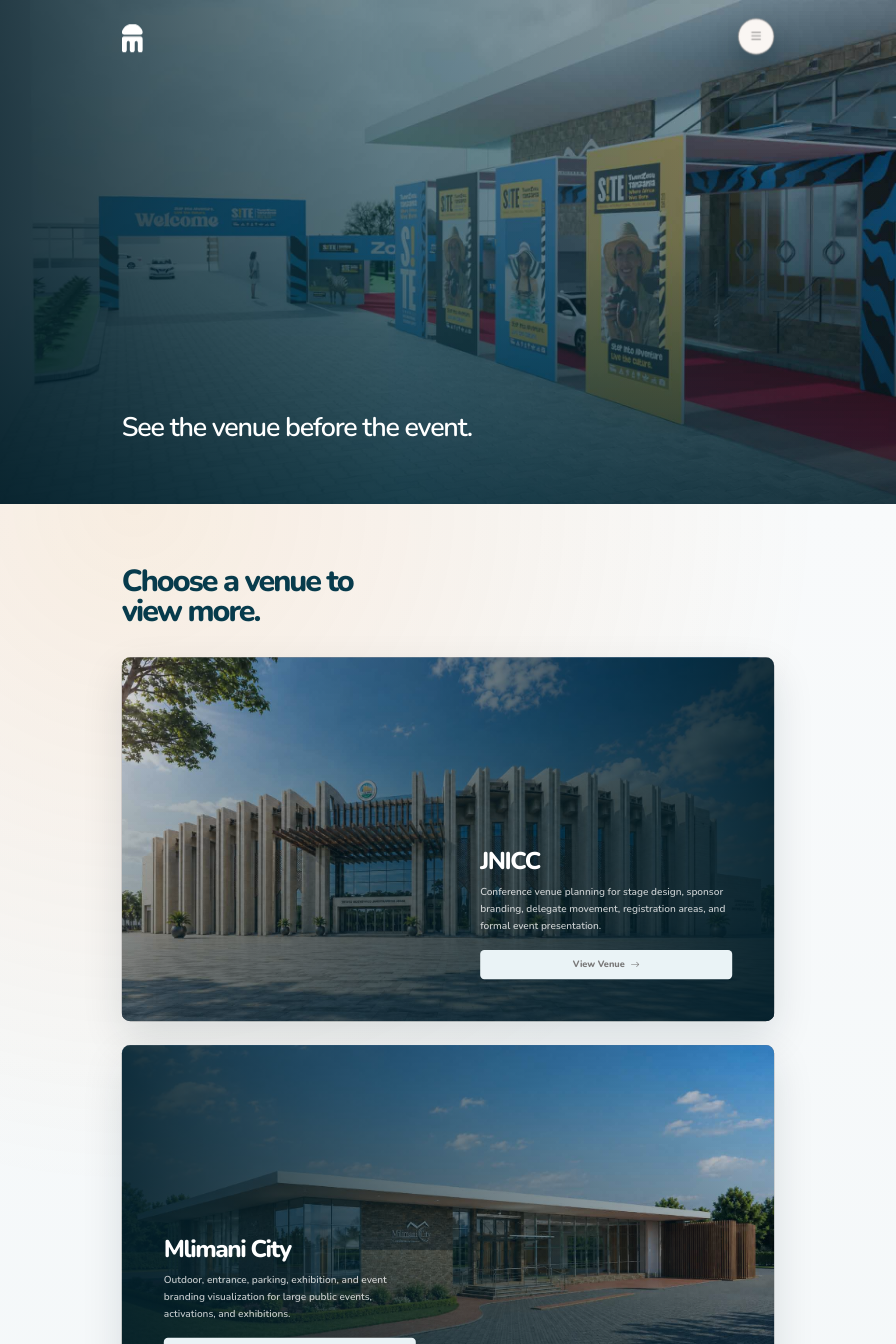
Repository: abdulprism/mustapha
Page: http://localhost/routes/venues.php
The author's editor kept a copy of each file at every save. The page is drawn from the files as they stood at one save, then again after the next save.
The browser window is 1280 px wide. The pictures show the part of the page from y = 0 to 1920 px (the page is 5174 px tall), at 70% of full size.
The page is run by PHP 8.4 with error messages shown; the project is at /var/www/html/.

Above is the page before, as saved 2026-05-26 21:23:33.

### routes/venues.php
<!DOCTYPE html>
<html lang="en">
<head>
  <meta charset="UTF-8" />
  <meta name="viewport" content="width=device-width, initial-scale=1.0" />

  <title>Venues — mustapha.</title>
  <meta name="description" content="3D venue models and event venue visualization in Tanzania by Abdul Mustapha Hemedi." />

  <link rel="preconnect" href="https://fonts.googleapis.com">
  <link rel="preconnect" href="https://fonts.gstatic.com" crossorigin>
  <link href="https://fonts.googleapis.com/css2?family=Manrope:wght@500;600;700;800&display=swap" rel="stylesheet">
  <link rel="stylesheet" href="https://cdn.jsdelivr.net/npm/bootstrap-icons@1.11.1/font/bootstrap-icons.css">
  <link rel="stylesheet" href="./public/css/font.css">
  <link rel="stylesheet" href="../public/css/root.css">
  <link rel="stylesheet" href="../public/css/venue.css">
  <link rel="stylesheet" href="../public/css/header.css">
</head>

<body>

   <!-- Header -->
  <header class="header" id="siteHeader">
    <div class="wide-container">
      <nav class="nav">

        <a href="../index.html" class="logo">
          <img src="../public/icons/logo-white.svg" alt="">
        </a>

        <div class="menu-area">

          <div class="nav-panel" id="navPanel">
            <a href="index.php" class="active">Home</a>
            <a href="work.php">Work</a>
            <a href="#competence">Skills</a>
            <a href="./routes/venues.php">Venues</a>
            <a href="#contact">Contact</a>
          </div>

          <button class="menu-toggle" id="menuToggle" aria-label="Open menu" aria-expanded="false">
            <i class="bi bi-list icon-menu"></i>
            <i class="bi bi-x-lg icon-close"></i>
          </button>

        </div>
      </nav>
    </div>
  </header>

  <!-- Hero -->
  <section class="hero" data-header-theme="dark">

    <div class="hero-media">
      <img src="../public/img/profile/mlimani00.jpg" alt="3D venue model in Tanzania">
    </div>

    <div class="container hero-content-wrap">
      <div class="hero-content">
        <h1>See the venue before the event.</h1>

      </div>
    </div>

  </section>

  <!-- Venue Cards -->
  <section class="venue-list" id="venue-list" data-header-theme="light">
    <div class="container">

      <div class="venue-intro">
        <div>
          <h2>Choose a venue to view more.</h2>
        </div>
      </div>

      <div class="venue-stack">

        <article class="venue-card image-right">

          <img src="../public/img/profile/jnicc0.jpg" alt="JNICC venue model">

          <div class="venue-content">

            <h3>JNICC</h3>
            <p>
              Conference venue planning for stage design, sponsor branding, delegate movement,
              registration areas, and formal event presentation.
            </p>

            <a href="./venues/jnicc.php" class="btn">
              View Venue <i class="bi bi-arrow-right"></i>
            </a>

          </div>
        </article>

        <article class="venue-card">
          <img src="../public/img/profile/mlimani02.jpg" alt="Mlimani City venue model">

          <div class="venue-content">

            <h3>Mlimani City</h3>
            <p>
              Outdoor, entrance, parking, exhibition, and event branding visualization for large public events,
              activations, and exhibitions.
            </p>

            <a href="venue-mlimani-city.html" class="btn">
              View Venue <i class="bi bi-arrow-right"></i>
            </a>

          </div>
        </article>

        <article class="venue-card image-right">
          <img src="./public/img/profile/venue-serena-01.png" alt="Serena Hotel venue model">

          <div class="venue-content">
            <h3>Serena Hotel</h3>
            <p>
              Premium indoor event visualization for conference setup, stage backdrop, banquet seating,
              VIP arrangement, and sponsor visibility.
            </p>

            <a href="venue-serena-hotel.html" class="btn">
              View Venue <i class="bi bi-arrow-right"></i>
            </a>
          </div>
        </article>

        <article class="venue-card">
          <img src="./public/img/profile/venue-sabasaba-01.png" alt="SabaSaba exhibition venue model">

          <div class="venue-content">
            <h3>Johari Rotana Hotel</h3>
            <p>
              Exhibition booth and brand activation planning for trade fair setups,
              public interaction spaces, product corners, and institutional booths.
            </p>

            <a href="venue-sabasaba.html" class="btn">
              View Venue <i class="bi bi-arrow-right"></i>
            </a>
          </div>
        </article>

        <article class="venue-card">
          <img src="./public/img/profile/venue-hotelhall-01.png" alt="Hotel hall venue model">

          <div class="venue-content">

            <h3>MOUNT MERU HOTEL</h3>
            <p>
              Flexible indoor venue visualization for workshops, summits, launches,
              panel sessions, registration points, and sponsor zones.
            </p>
            <a href="venue-hotel-halls.html" class="btn">
              View Venue <i class="bi bi-arrow-right"></i>
            </a>
          </div>
        </article>

        <article class="venue-card image-right">
          <img src="./public/img/profile/venue-custom-01.png" alt="Custom venue model">

          <div class="venue-content">
            <small>Custom / Any location</small>
            <h3>Custom Venue Model</h3>
            <p>
              Send venue images, videos, or layout details and get a visual planning model
              for your specific event space.
            </p>

            <div class="venue-tags">
              <span>Custom model</span>
              <span>From photos</span>
              <span>Event planning</span>
              <span>3D preview</span>
            </div>

            <a href="#contact" class="btn">
              Request Model <i class="bi bi-arrow-right"></i>
            </a>
          </div>
        </article>

      </div>

    </div>
  </section>

  <!-- CTA -->
  <section class="cta" data-header-theme="light">
    <div class="cta-box">
      <div>
        <h2>Need a venue preview?</h2>
        <p>
          Send venue photos or layout. I can create a 3D visual preview for planning,
          branding, production, and client presentation.
        </p>
      </div>

      <a href="#contact" class="btn">
        Start Discussion
      </a>
    </div>
  </section>

  <!-- Footer -->
  <section class="footer-section" id="contact" data-header-theme="dark">
    <div class="container">
      <div class="footer-grid">
        <div>
          <h2>Venue planning made visible.</h2>
          <p>
            3D venue models for exhibitions, events, conferences, summits, brand activations,
            and production planning across Tanzania.
          </p>
        </div>

        <div class="footer-links">
          <a href="mailto:hello@mustapha.co.tz">
            Email
            <i class="bi bi-arrow-up-right"></i>
          </a>

          <a href="https://wa.me/255712257370" target="_blank">
            WhatsApp
            <i class="bi bi-arrow-up-right"></i>
          </a>

          <a href="index.html">
            Back to Home
            <i class="bi bi-arrow-up-right"></i>
          </a>
        </div>
      </div>

      <p class="copyright">
        © <span id="year"></span> Abdul Mustapha Hemedi. All rights reserved.
      </p>
    </div>
  </section>

  <script>
    const siteHeader = document.getElementById("siteHeader");
    const menuToggle = document.getElementById("menuToggle");
    const navLinks = document.querySelectorAll(".nav-panel a");

    menuToggle.addEventListener("click", () => {
      const isOpen = siteHeader.classList.toggle("menu-open");
      menuToggle.setAttribute("aria-expanded", isOpen ? "true" : "false");
      menuToggle.setAttribute("aria-label", isOpen ? "Close menu" : "Open menu");
    });

    navLinks.forEach(link => {
      link.addEventListener("click", () => {
        siteHeader.classList.remove("menu-open");
        menuToggle.setAttribute("aria-expanded", "false");
        menuToggle.setAttribute("aria-label", "Open menu");
      });
    });

    document.addEventListener("click", (event) => {
      if (!siteHeader.contains(event.target)) {
        siteHeader.classList.remove("menu-open");
        menuToggle.setAttribute("aria-expanded", "false");
        menuToggle.setAttribute("aria-label", "Open menu");
      }
    });

    document.addEventListener("keydown", (event) => {
      if (event.key === "Escape") {
        siteHeader.classList.remove("menu-open");
        menuToggle.setAttribute("aria-expanded", "false");
        menuToggle.setAttribute("aria-label", "Open menu");
      }
    });

    const themeSections = document.querySelectorAll("[data-header-theme]");

    function updateHeaderTheme() {
      const checkPoint = 42;

      themeSections.forEach(section => {
        const rect = section.getBoundingClientRect();

        if (rect.top <= checkPoint && rect.bottom >= checkPoint) {
          const theme = section.dataset.headerTheme;

          if (theme === "light") {
            siteHeader.classList.add("on-light");
          } else {
            siteHeader.classList.remove("on-light");
          }
        }
      });
    }

    window.addEventListener("scroll", updateHeaderTheme);
    window.addEventListener("resize", updateHeaderTheme);
    updateHeaderTheme();

    document.getElementById("year").textContent = new Date().getFullYear();
  </script>

</body>
</html>

### public/css/font.css
/* Nunito Font Family */

@font-face {
  font-family: "Nunito";
  src: url("../fonts/Nunito/static/Nunito-ExtraLight.ttf") format("truetype");
  font-weight: 200;
  font-style: normal;
  font-display: swap;
}

@font-face {
  font-family: "Nunito";
  src: url("../fonts/Nunito/static/Nunito-ExtraLightItalic.ttf") format("truetype");
  font-weight: 200;
  font-style: italic;
  font-display: swap;
}

@font-face {
  font-family: "Nunito";
  src: url("../fonts/Nunito/static/Nunito-Light.ttf") format("truetype");
  font-weight: 300;
  font-style: normal;
  font-display: swap;
}

@font-face {
  font-family: "Nunito";
  src: url("../fonts/Nunito/static/Nunito-LightItalic.ttf") format("truetype");
  font-weight: 300;
  font-style: italic;
  font-display: swap;
}

@font-face {
  font-family: "Nunito";
  src: url("../fonts/Nunito/static/Nunito-Regular.ttf") format("truetype");
  font-weight: 400;
  font-style: normal;
  font-display: swap;
}

@font-face {
  font-family: "Nunito";
  src: url("../fonts/Nunito/static/Nunito-Italic.ttf") format("truetype");
  font-weight: 400;
  font-style: italic;
  font-display: swap;
}

@font-face {
  font-family: "Nunito";
  src: url("../fonts/Nunito/static/Nunito-Medium.ttf") format("truetype");
  font-weight: 500;
  font-style: normal;
  font-display: swap;
}

@font-face {
  font-family: "Nunito";
  src: url("../fonts/Nunito/static/Nunito-MediumItalic.ttf") format("truetype");
  font-weight: 500;
  font-style: italic;
  font-display: swap;
}

@font-face {
  font-family: "Nunito";
  src: url("../fonts/Nunito/static/Nunito-SemiBold.ttf") format("truetype");
  font-weight: 600;
  font-style: normal;
  font-display: swap;
}

@font-face {
  font-family: "Nunito";
  src: url("../fonts/Nunito/static/Nunito-SemiBoldItalic.ttf") format("truetype");
  font-weight: 600;
  font-style: italic;
  font-display: swap;
}

@font-face {
  font-family: "Nunito";
  src: url("../fonts/Nunito/static/Nunito-Bold.ttf") format("truetype");
  font-weight: 700;
  font-style: normal;
  font-display: swap;
}

@font-face {
  font-family: "Nunito";
  src: url("../fonts/Nunito/static/Nunito-BoldItalic.ttf") format("truetype");
  font-weight: 700;
  font-style: italic;
  font-display: swap;
}

@font-face {
  font-family: "Nunito";
  src: url("../fonts/Nunito/static/Nunito-ExtraBold.ttf") format("truetype");
  font-weight: 800;
  font-style: normal;
  font-display: swap;
}

@font-face {
  font-family: "Nunito";
  src: url("../fonts/Nunito/static/Nunito-ExtraBoldItalic.ttf") format("truetype");
  font-weight: 800;
  font-style: italic;
  font-display: swap;
}

@font-face {
  font-family: "Nunito";
  src: url("../fonts/Nunito/static/Nunito-Black.ttf") format("truetype");
  font-weight: 900;
  font-style: normal;
  font-display: swap;
}

@font-face {
  font-family: "Nunito";
  src: url("../fonts/Nunito/static/Nunito-BlackItalic.ttf") format("truetype");
  font-weight: 900;
  font-style: italic;
  font-display: swap;
}

### public/css/root.css

    :root {
      --brand: #073B4C;
      --brand-dark: #797878;
      --brand-hover: #0A4F66;
      --brand-soft: #EAF3F6;

      --accent: #FD7316;
      --accent-hover: #FF9F3F;
      --accent-soft: #FFF0E3;

      --page: #F5F7F8;
      --white: #FFFFFF;
      --text: #101820;
      --muted: #DAC9BA;
      --line: #DDE7EA;

      --max: 980px;
      --wide: 1360px;
      --radius: 8px;
      --ease: cubic-bezier(.2, .8, .2, 1);
    }

    body {
        background: var(--page);
        color: var(--text);
        overflow-x: hidden;
        -webkit-font-smoothing: antialiased;
        text-rendering: geometricPrecision;
        font-family: "Nunito";
    }

### public/css/header.css
    /* HEADER */

    .header {
      position: fixed;
      top: 26px;
      left: 0;
      width: 100%;
      z-index: 100;
      pointer-events: none;
    }

    .nav {
      display: flex;
      align-items: center;
      justify-content: space-between;
      pointer-events: none;
      padding: 0 24px;
    }

    .logo {
      color: #fff;
      font-size: 1.05rem;
      font-weight: 800;
      letter-spacing: -0.04em;
      text-shadow: 0 8px 24px rgba(0,0,0,.35);
      pointer-events: auto;
      position: relative;
      z-index: 3;
      transition: color .25s var(--ease), text-shadow .25s var(--ease);
      width: 30px;
    }

    .logo span {
      color: var(--accent);
    }

    .header.on-light .logo {
      color: var(--brand);
      text-shadow: none;
    }

    .menu-area {
      position: relative;
      pointer-events: auto;
    }

    .menu-toggle {
      width: 52px;
      height: 52px;
      border-radius: 50%;
      border: 1px solid #797878;
      background: #FAF6F3;
      backdrop-filter: blur(16px);
      color: #797878;
      display: inline-flex;
      align-items: center;
      justify-content: center;
      font-size: 1.25rem;
      cursor: pointer;
      box-shadow: 0 18px 40px rgba(3,31,42,.34);
      transition: background .25s var(--ease), color .25s var(--ease), transform .25s var(--ease);
      position: relative;
      z-index: 5;
    }

    .menu-toggle:hover {
      background: var(--brand-dark);
      color: var(--brand-soft);
      transform: translateY(-1px);
    }

    .menu-toggle i {
      position: absolute;
      transition: opacity .22s var(--ease), transform .22s var(--ease);
    }

    .menu-toggle .icon-close {
      opacity: 0;
      transform: rotate(-90deg) scale(.5);
    }

    .header.menu-open .menu-toggle .icon-menu {
      opacity: 0;
      transform: rotate(90deg) scale(.5);
    }

    .header.menu-open .menu-toggle .icon-close {
      opacity: 1;
      transform: rotate(0) scale(1);
    }

    .nav-panel {
      position: absolute;
      right: 64px;
      top: 50%;
      transform: translateY(-50%) translateX(34px) scaleX(.08);
      transform-origin: right center;
      opacity: 0;
      pointer-events: none;
      display: flex;
      align-items: center;
      overflow: hidden;
      border-radius: 999px;
      backdrop-filter: blur(18px);
      box-shadow: 0 18px 45px rgba(3,31,42,.2);
      transition: opacity .22s var(--ease), transform .38s var(--ease);
    }

    .header.menu-open .nav-panel {
      opacity: 1;
      pointer-events: auto;
      transform: translateY(-50%) translateX(0) scaleX(1);
    }

    .nav-panel a {
      min-width: 102px;
      height: 50px;
      padding: 0 20px;
      display: inline-flex;
      align-items: center;
      justify-content: center;
      color: #59656b;
      font-size: .84rem;
      font-weight: 700;
      border-right: 1px solid rgba(3,31,42,.08);
      background-color: var(--brand-soft);
      opacity: 0;
      transform: translateX(12px);
      transition:
        background .2s var(--ease),
        color .2s var(--ease),
        opacity .25s var(--ease),
        transform .25s var(--ease);
    }

    .nav-panel a:last-child {
      border-right: none;
    }

    .header.menu-open .nav-panel a {
      opacity: 1;
      transform: translateX(0);
    }

    .header.menu-open .nav-panel a:nth-child(1) { transition-delay: .06s; }
    .header.menu-open .nav-panel a:nth-child(2) { transition-delay: .09s; }
    .header.menu-open .nav-panel a:nth-child(3) { transition-delay: .12s; }
    .header.menu-open .nav-panel a:nth-child(4) { transition-delay: .15s; }
    .header.menu-open .nav-panel a:nth-child(5) { transition-delay: .18s; }

    .nav-panel a:hover,
    .nav-panel a.active {
      background: var(--brand-dark);
      color: var(--brand-soft);
    }




    /* RESPONSIVE */

    @media (max-width: 900px) {
      .header {
        top: 18px;
      }

      .nav-panel {
        position: fixed;
        right: 24px;
        top: 86px;
        transform: translateY(-14px) scale(.96);
        transform-origin: top right;
        flex-direction: column;
        align-items: stretch;
        min-width: 230px;
        border-radius: 18px;
      }

      .header.menu-open .nav-panel {
        transform: translateY(0) scale(1);
      }

      .nav-panel a {
        width: 100%;
        justify-content: flex-start;
        border-right: none;
        border-bottom: 1px solid rgba(3,31,42,.08);
      }

      .nav-panel a:last-child {
        border-bottom: none;
      }

    }

Loaded but not shown: public/icons/logo-white.svg (1 lines, source omitted); public/css/venue.css (844 lines, source omitted)

After the next save:
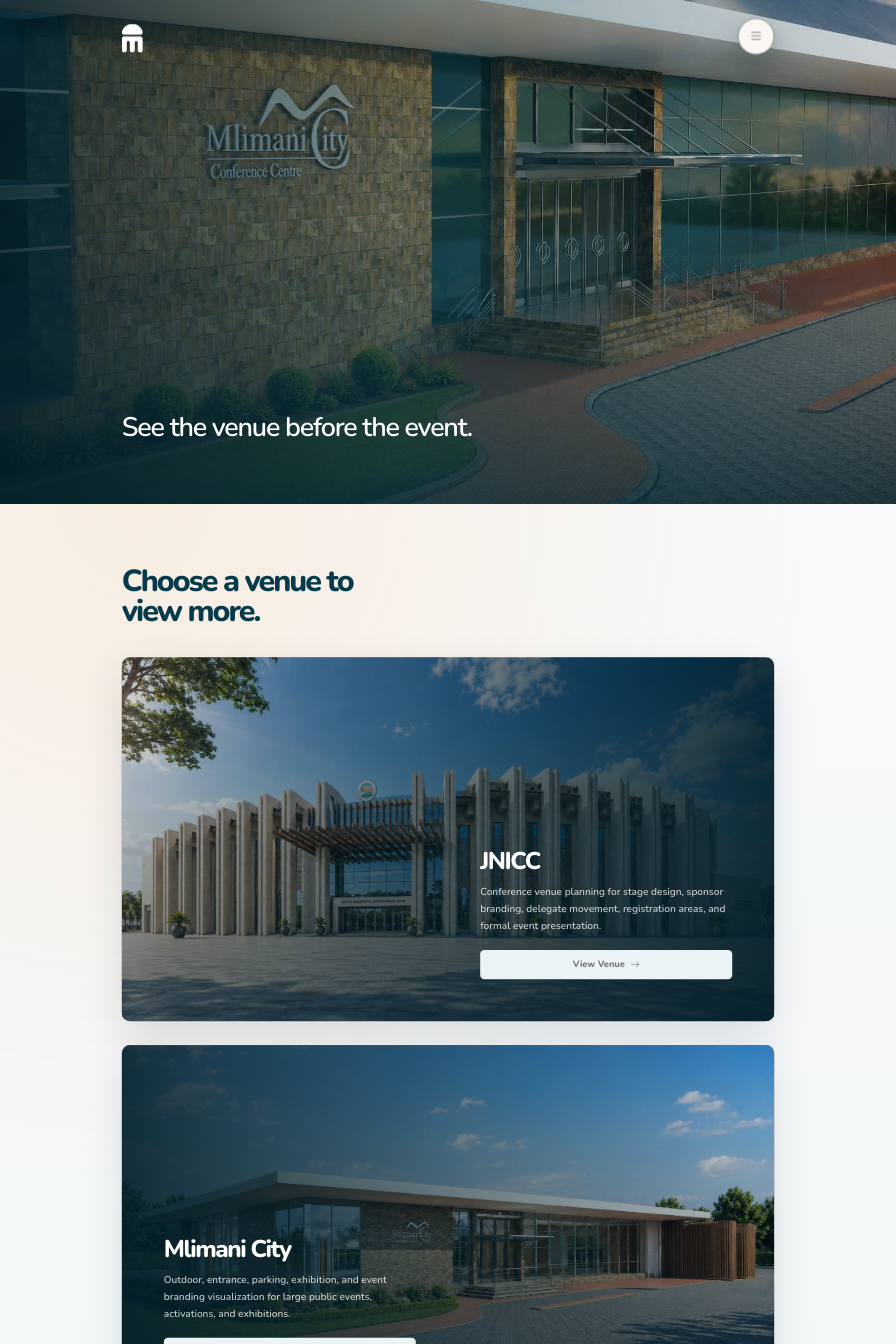
Saved 23 min 12 s later.
--- a/routes/venues.php
+++ b/routes/venues.php
@@ -52,7 +52,7 @@
   <section class="hero" data-header-theme="dark">
 
     <div class="hero-media">
-      <img src="../public/img/profile/mlimani00.jpg" alt="3D venue model in Tanzania">
+      <img src="../public/img/profile/mlimani03.jpg" alt="3D venue model in Tanzania">
     </div>
 
     <div class="container hero-content-wrap">
